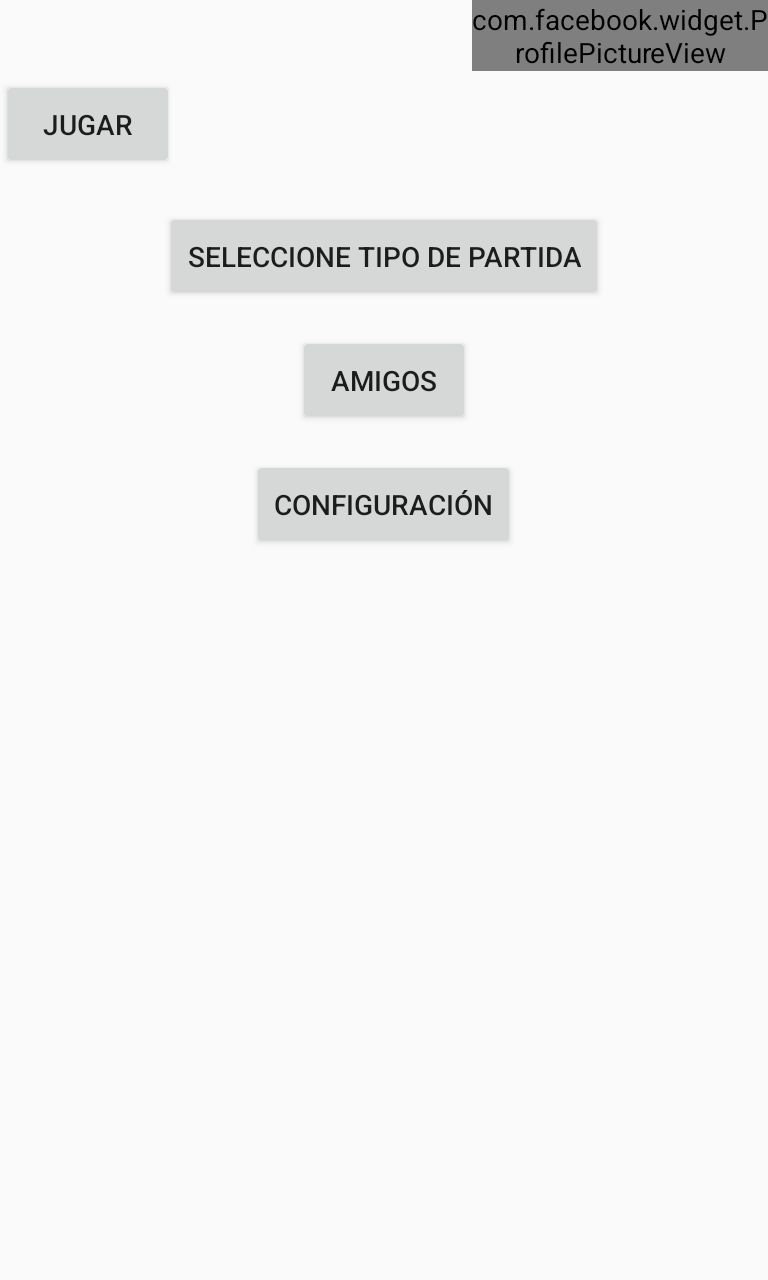
Repository: MVidi/juegos
Layout: SermoJuego/res/layout/pantallamenu.xml
The author's editor kept a copy of each file at every save. The layout is drawn from the files as they stood at one save, then again after the next save.
Pictures or frames that could not be fetched are drawn as grey boxes. It is drawn on a 768 x 1280 px phone screen (xhdpi) without system bars, with theme AppTheme; the app's code is not run.

Above is the layout before, as saved 2014-08-11 16:30:06.

After the next save:
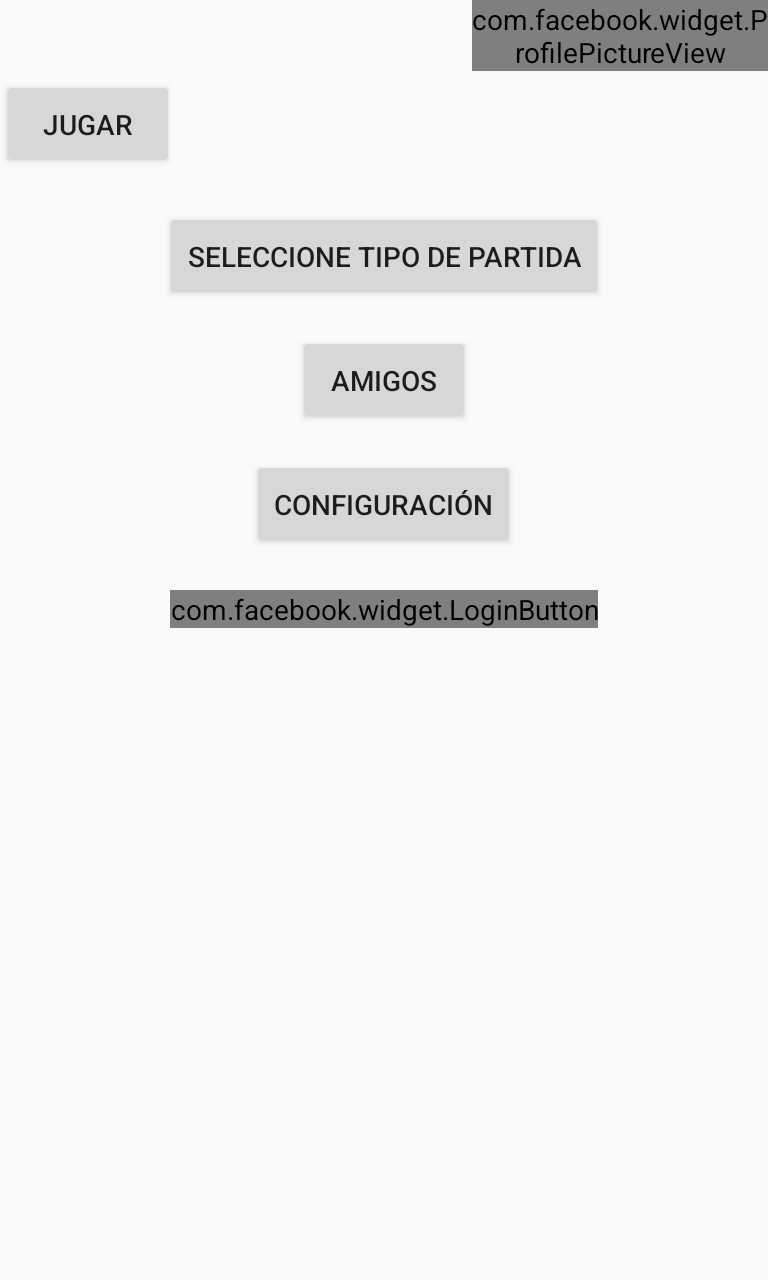
Saved 60 s later.
--- a/SermoJuego/res/layout/pantallamenu.xml
+++ b/SermoJuego/res/layout/pantallamenu.xml
@@ -48,4 +48,13 @@
         android:layout_toRightOf="@+id/amigosPM" >
     </com.facebook.widget.ProfilePictureView>
 
+    <com.facebook.widget.LoginButton
+        android:id="@+id/loginButton1"
+        android:layout_width="wrap_content"
+        android:layout_height="wrap_content"
+        android:layout_below="@+id/configurarPM"
+        android:layout_centerHorizontal="true"
+        android:layout_marginTop="19dp"
+        android:text="@string/registrate" />
+
 </RelativeLayout>
